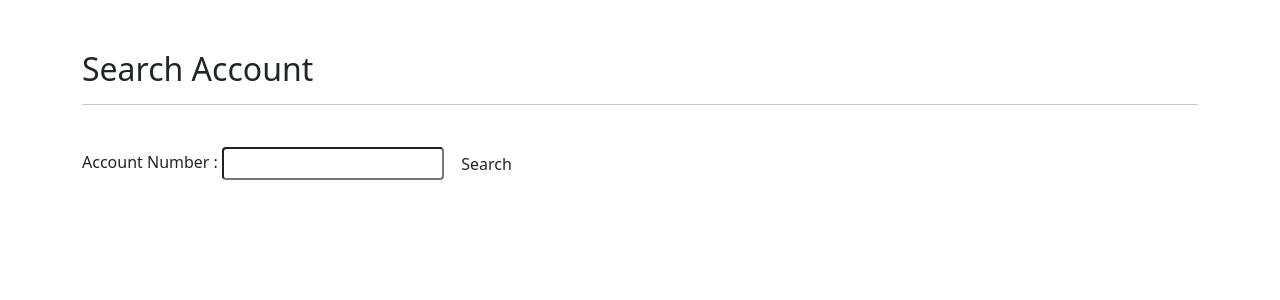
Repository: Kapil-06/My-Java-Projects
Page: AJAX Module/src/main/webapp/SearchAccountUsingAjax.html
The author's editor kept a copy of each file at every save. The page is drawn from the files as they stood at one save, then again after the next save.
The browser window is 1280 px wide. The pictures show the whole page.

Above is the page before, as saved 2023-06-12 05:36:28.

After the next save:
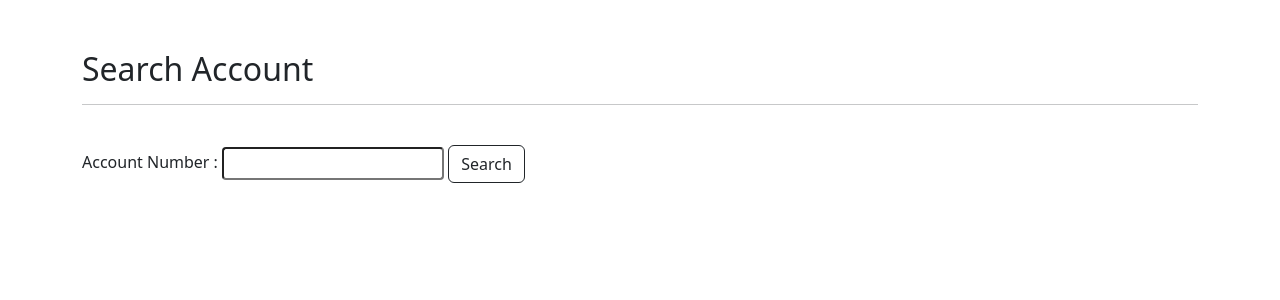
Saved 74 s later.
--- a/AJAX Module/src/main/webapp/SearchAccountUsingAjax.html
+++ b/AJAX Module/src/main/webapp/SearchAccountUsingAjax.html
@@ -42,7 +42,7 @@
         <form name="frm">
             Account Number :
             <input type="number" name="accno" class="form-control-sm">
-            <input type="button" value="Search" class="btn btn-outline-dark-sm" onclick="makeGetRequest()">
+            <input type="button" value="Search" class="btn btn-outline-dark" onclick="makeGetRequest()">
         </form>
         <br>
 		<div class="container" style="margin-left: 30px;" id="res"></div>
